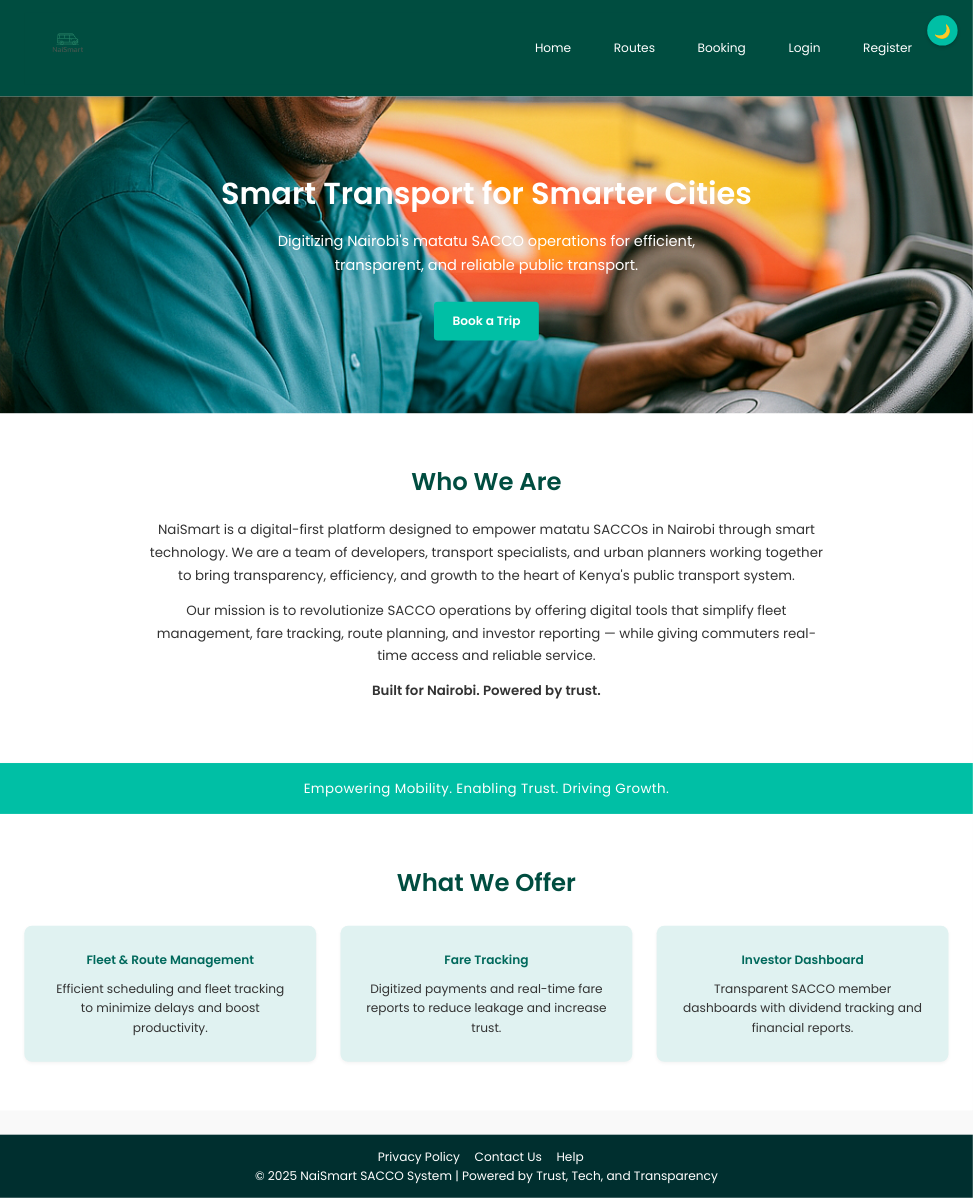
Repository: Ndegwa2/sacco
Page: http://localhost/
These files come from the project's save history. The page is drawn as it stood at one moment and after the next save; the edit follows.
The browser window is 1280 px wide. The pictures show the whole page, at 76% of full size.
The page is served by the project's application, run on Flask 3 (run.py).

Above is the page before, as saved 2025-08-24 23:48:58.

After the next save:
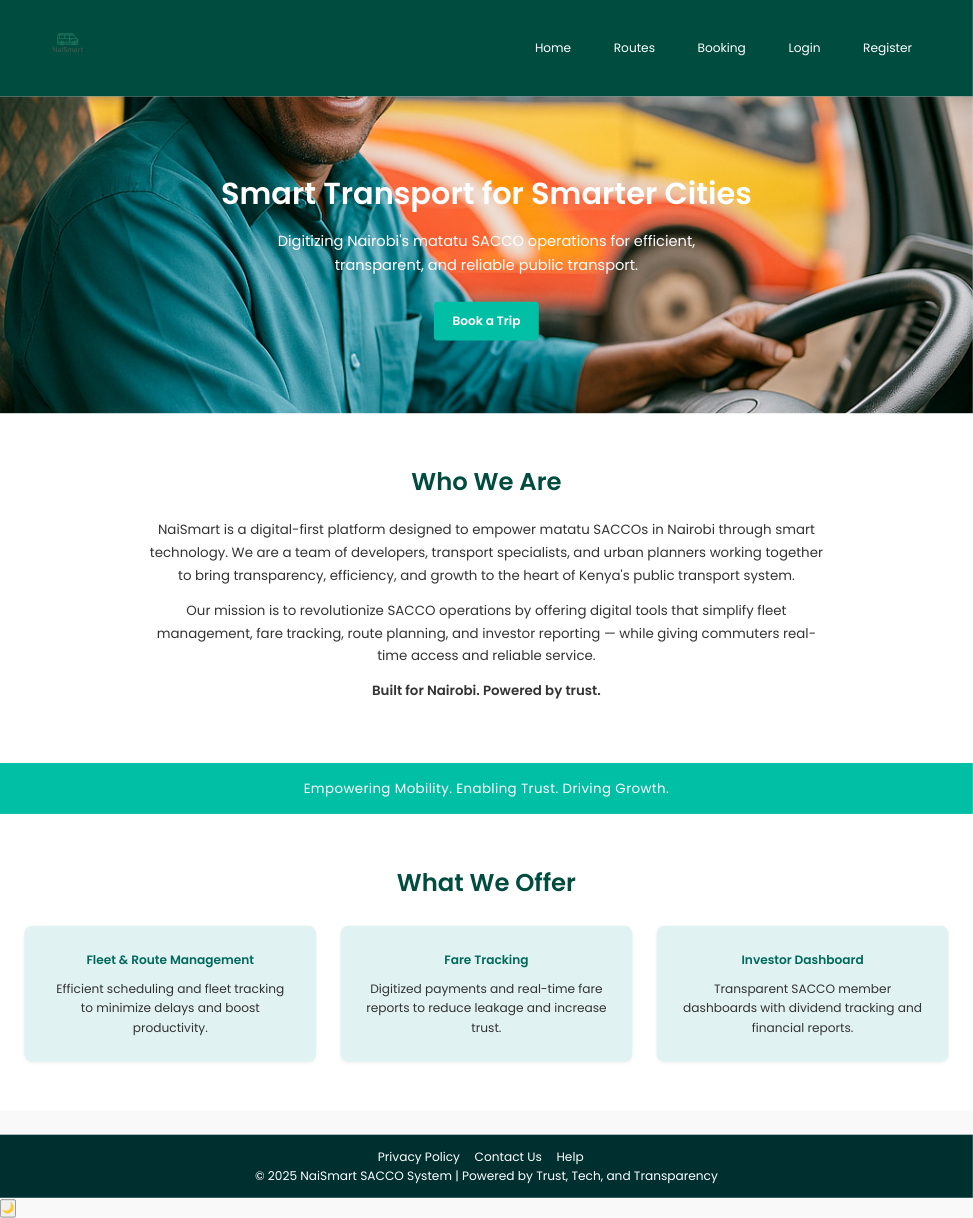
Saved 12 min 25 s later.
--- a/templates/index.html
+++ b/templates/index.html
@@ -7,7 +7,7 @@
   <link href="https://fonts.googleapis.com/css2?family=Poppins:wght@400;600&display=swap" rel="stylesheet">
   <link rel="stylesheet" href="{{ url_for('serve_static', filename='styles.css') }}" />
   <link rel="stylesheet" href="{{ url_for('serve_static', filename='styles/navigation.css') }}">
-  <link rel="stylesheet" href="{{ url_for('static', filename='styles/dark-mode.css') }}">
+
 </head>
 <body>
 
